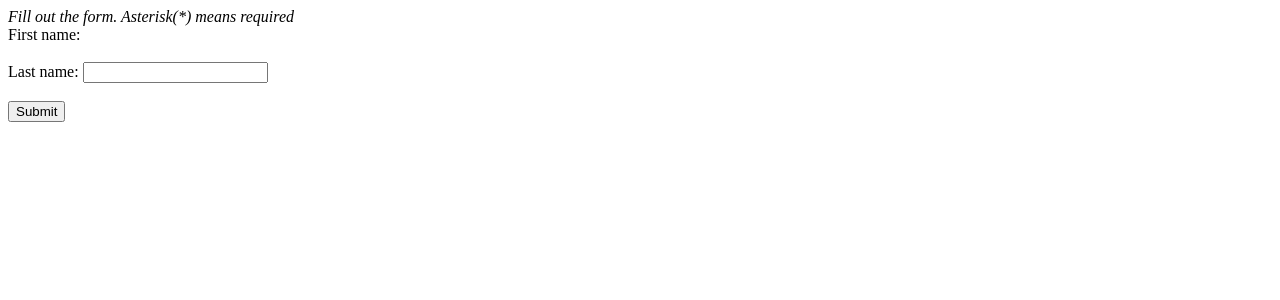
Repository: Thomas85198/SpringTest
Page: http://localhost/spring-mvc-demo/customer/showForm
These files come from the project's save history. The page is drawn as it stood at one moment and after the next save; the edit follows.
The browser window is 1280 px wide. The pictures show the whole page.
The page is served by Tomcat 9.

Above is the page before, as saved 2020-01-12 13:00:58.

After the next save:
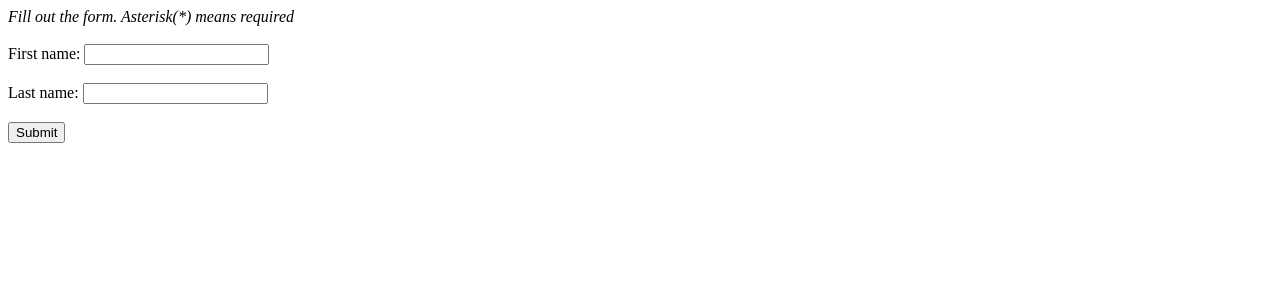
Saved 24 s later.
--- a/spring-mvc-demo/WebContent/WEB-INF/view/customer-form.jsp
+++ b/spring-mvc-demo/WebContent/WEB-INF/view/customer-form.jsp
@@ -7,18 +7,22 @@
 </head>
 <body>
 
-<i>Fill out the form. Asterisk(*) means required</i>
+	<i>Fill out the form. Asterisk(*) means required</i>
+	<br>
+	<br>
 	<form:form action="processForm" modelAttribute="customer">
-		First name: <first:input path="firstName" />
+		First name: <form:input path="firstName" />
 
-		<br><br>
+		<br>
+		<br>
 
-		Last name: <form:input path="lastName"/>
-		<form:errors path="lastName" cssClass="error"/>
+		Last name: <form:input path="lastName" />
+		<form:errors path="lastName" cssClass="error" />
 
-		<br><br>
+		<br>
+		<br>
 
-		<input type="submit" value="Submit"/>
+		<input type="submit" value="Submit" />
 
 	</form:form>
 </body>
